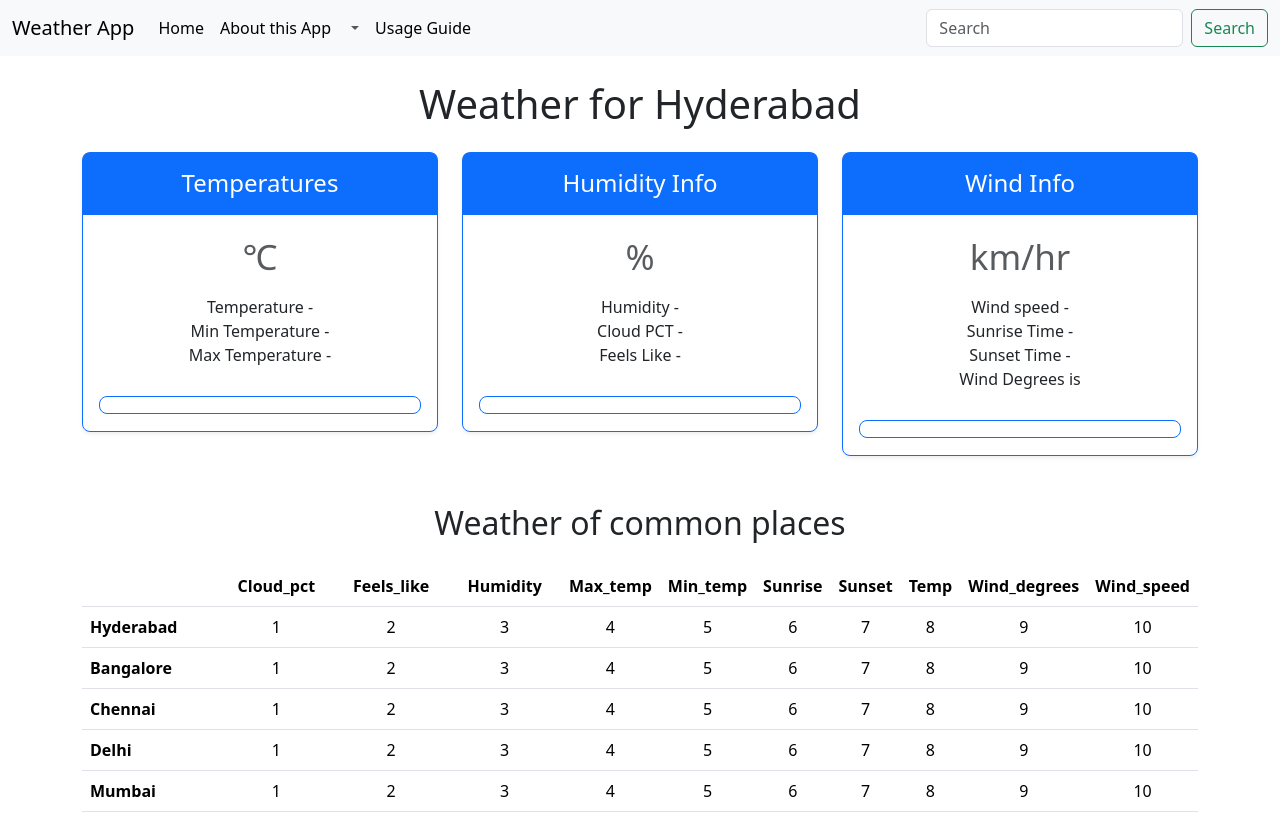
Repository: Abhilash2909/weather
Page: index.html
An editor plug-in stored every save of this project. The page is shown before and after the next save, followed by the edit.
The browser window is 1280 px wide. The pictures show the whole page.
The page's requests for data from a server got no answer.

Above is the page before, as saved 2024-02-15 15:05:40.

### index.html
<!doctype html>
<html lang="en">
  <head>
    <meta charset="utf-8">
    <meta name="viewport" content="width=device-width, initial-scale=1">
    <title>My Weather App</title>
    <link href="https://cdn.jsdelivr.net/npm/bootstrap@5.3.2/dist/css/bootstrap.min.css" rel="stylesheet" integrity="sha384-T3c6CoIi6uLrA9TneNEoa7RxnatzjcDSCmG1MXxSR1GAsXEV/Dwwykc2MPK8M2HN" crossorigin="anonymous">
  </head>
  <body>
    <nav class="navbar navbar-expand-lg bg-body-tertiary">
        <div class="container-fluid">
          <a class="navbar-brand" href="#">Weather App</a>
          <button class="navbar-toggler" type="button" data-bs-toggle="collapse" data-bs-target="#navbarSupportedContent" aria-controls="navbarSupportedContent" aria-expanded="false" aria-label="Toggle navigation">
            <span class="navbar-toggler-icon"></span>
          </button>
          <div class="collapse navbar-collapse" id="navbarSupportedContent">
            <ul class="navbar-nav me-auto mb-2 mb-lg-0">
              <li class="nav-item">
                <a class="nav-link active" aria-current="page" href="#">Home</a>
              </li>
              <li class="nav-item">
                <a class="nav-link active" aria-current="page" href="#">About this App</a>
              </li>
              <li class="nav-item dropdown">
                <a class="nav-link dropdown-toggle" href="#" role="button" data-bs-toggle="dropdown" aria-expanded="false">
                </a>
                <ul class="dropdown-menu" >
                  <li><a class="dropdown-item" href="#">Hyderabad</a></li>
                  <li><a class="dropdown-item" href="#">Bangalore</a></li>
                  <li><a class="dropdown-item" href="#">Mumbai</a></li>
                  <li><a class="dropdown-item" href="#">Chennai</a></li>
                  <li><a class="dropdown-item" href="#">Delhi</a></li>
                </ul>
              </li>
              <li class="nav-item">
                <a class="nav-link active" aria-current="page" href="#">Usage Guide</a>
              </li>
            </ul>
            <form class="d-flex" role="search">
              <input id="city" class="form-control me-2" type="search" placeholder="Search" aria-label="Search">
              <button class="btn btn-outline-success" type="submit" id="submit">Search</button>
            </form>
          </div>
        </div>
      </nav>

      <div class="container">
        <main>
          <h1 class= "my-4 text-center">Weather for <span id="cityName"></span></h1>
          <div class="row row-cols-1 row-cols-md-3 mb-3 text-center">
          <div class="col">
            <div class="card mb-4 rounded-3 shadow-sm border-primary">
              <div class="card-header py-3 text-bg-primary border-primary">
                <h4 class="my-0 fw-normal">Temperatures</h4>
              </div>
              <div class="card-body">
                <h1 class="card-title pricing-card-title"><span id="temp2"></span><small class="text-body-secondary fw-light"></span><span>&#8451;</span></small></h1>
                <ul class="list-unstyled mt-3 mb-4">
                  <li>Temperature - <span id="temp" ></span></li>
                  <li>Min Temperature - <span id="min_temp" ></span></li>
                  <li>Max Temperature - <span id="max_temp" ></span></li>
                </ul>
                <button type="button" class="w-100 btn btn-lg btn-outline-primary"></button>
              </div>
            </div>
          </div>
          <div class="col">
            <div class="card mb-4 rounded-3 shadow-sm border-primary">
              <div class="card-header py-3 text-bg-primary border-primary">
                <h4 class="my-0 fw-normal">Humidity Info</h4>
              </div>
              <div class="card-body">
                <h1 class="card-title pricing-card-title"><span id="humidity2" ></span><small class="text-body-secondary fw-light">%</small></h1>
                <ul class="list-unstyled mt-3 mb-4">
                  <li>Humidity - <span id="humidity" ></span></li>
                  <li>Cloud PCT - <span id="cloud_pct" ></span></li>
                  <li>Feels Like - <span id="feels_like" ></span></li>
                </ul>
                <button type="button" class="w-100 btn btn-lg btn-outline-primary"></button>
              </div>
            </div>
          </div>

          <div class="col">
            <div class="card mb-4 rounded-3 shadow-sm border-primary">
              <div class="card-header py-3 text-bg-primary border-primary">
                <h4 class="my-0 fw-normal">Wind Info</h4>
              </div>
              <div class="card-body">
                <h1 class="card-title pricing-card-title"><span id="wind_speed2" ></span><small class="text-body-secondary fw-light">km/hr</small></h1>
                <ul class="list-unstyled mt-3 mb-4">
                  <li>Wind speed - <span id="wind_speed" ></span></li>
                  <li>Sunrise Time - <span id="sunrise" ></span></li>
                  <li>Sunset Time - <span id="sunset" ></span></li>
                  <li>Wind Degrees is <span id="wind_degrees" ></span></li>
                </ul>
                <button type="button" class="w-100 btn btn-lg btn-outline-primary"></button>
              </div>
            </div>
          </div>
        </div>

        <h2 class="my-4 text-center">Weather of common places</h2>

        <div class="table-responsive">
          <table class="table text-center">
            <thead>
              <tr>
                <th style="width: 30%;">   </th>
                <th style="width: 22%;"> Cloud_pct </th>
                <th style="width: 22%;"> Feels_like </th>
                <th style="width: 22%;"> Humidity </th>
                <th style="width: 22%;"> Max_temp </th>
                <th style="width: 22%;"> Min_temp </th>
                <th style="width: 22%;"> Sunrise </th>
                <th style="width: 22%;"> Sunset </th>
                <th style="width: 22%;"> Temp </th>
                <th style="width: 22%;"> Wind_degrees </th>
                <th style="width: 22%;"> Wind_speed </th>
              </tr>
            </thead>
            <tbody>
              <tr>
                <th scope="row" class="text-start">Hyderabad</th>
                <td>1</td>
                <td>2</td>
                <td>3</td>
                <td>4</td>
                <td>5</td>
                <td>6</td>
                <td>7</td>
                <td>8</td>
                <td>9</td>
                <td>10</td>
              </tr>
              <tr>
                <th scope="row" class="text-start">Bangalore</th>
                <td>1</td>
                <td>2</td>
                <td>3</td>
                <td>4</td>
                <td>5</td>
                <td>6</td>
                <td>7</td>
                <td>8</td>
                <td>9</td>
                <td>10</td>
              </tr>
            </tbody>

            <tbody>
              <tr>
                <th scope="row" class="text-start">Chennai</th>
                <td>1</td>
                <td>2</td>
                <td>3</td>
                <td>4</td>
                <td>5</td>
                <td>6</td>
                <td>7</td>
                <td>8</td>
                <td>9</td>
                <td>10</td>
              </tr>
              <tr>
                <th scope="row" class="text-start">Delhi</th>
                <td>1</td>
                <td>2</td>
                <td>3</td>
                <td>4</td>
                <td>5</td>
                <td>6</td>
                <td>7</td>
                <td>8</td>
                <td>9</td>
                <td>10</td>
              </tr>
              <tr>
                <th scope="row" class="text-start">Mumbai</th>
                <td>1</td>
                <td>2</td>
                <td>3</td>
                <td>4</td>
                <td>5</td>
                <td>6</td>
                <td>7</td>
                <td>8</td>
                <td>9</td>
                <td>10</td>
              </tr>
            </tbody>
          </table>
        </div>
      </main></div>
    <script src="https://cdn.jsdelivr.net/npm/bootstrap@5.3.2/dist/js/bootstrap.bundle.min.js" integrity="sha384-C6RzsynM9kWDrMNeT87bh95OGNyZPhcTNXj1NW7RuBCsyN/o0jlpcV8Qyq46cDfL" crossorigin="anonymous"></script>
    <script src="script.js"></script>
</body>
</html>

### script.js
const options = {
    method: 'GET',
    headers: {
      'X-RapidAPI-Key': 'b45e96323fmshf5e4bc50d3b8a90p1e091djsnfb21cde4eb87',
      'X-RapidAPI-Host': 'weather-by-api-ninjas.p.rapidapi.com'
    }
  };
const getWeather = (city) => {
  cityName.innerHTML = city
  fetch('https://weather-by-api-ninjas.p.rapidapi.com/v1/weather?city=' + city, options)
    .then(response => response.json())
    .then((response) => {
      console.log(response)
      cloud_pct.innerHTML = response.cloud_pct
      temp.innerHTML = response.temp
      temp2.innerHTML = response.temp
      feels_like.innerHTML = response.feels_like
      humidity.innerHTML = response.humidity
      humidity2.innerHTML = response.humidity
      min_temp.innerHTML = response.min_temp
      max_temp.innerHTML = response.max_temp
      wind_speed.innerHTML = response.wind_speed
      wind_speed2.innerHTML = response.wind_speed
      wind_degrees.innerHTML = response.wind_degrees
      sunrise.innerHTML = response.sunrise // here timestamp is displayed
      sunset.innerHTML = response.sunset // here timestamp is displayed
    })
    .catch(error => console.error(error));
}

submit.addEventListener("click", (e)=>{
  e.preventDefault()
  getWeather(city.value)
})

getWeather("Hyderabad")

// let unix_timestamp = 1549312452;

// // Create a new JavaScript Date object based on the timestamp
// // multiplied by 1000 so that the argument is in milliseconds, not seconds
// var date = new Date(unix_timestamp * 1000);

// // Hours part from the timestamp
// var hours = date.getHours();

// // Minutes part from the timestamp
// var minutes = "0" + date.getMinutes();

// // Seconds part from the timestamp
// var seconds = "0" + date.getSeconds();

// // Will display time in 10:30:23 format
// var formattedTime = hours + ':' + minutes.substr(-2) + ':' + seconds.substr(-2);

// console.log(formattedTime);

After the next save:
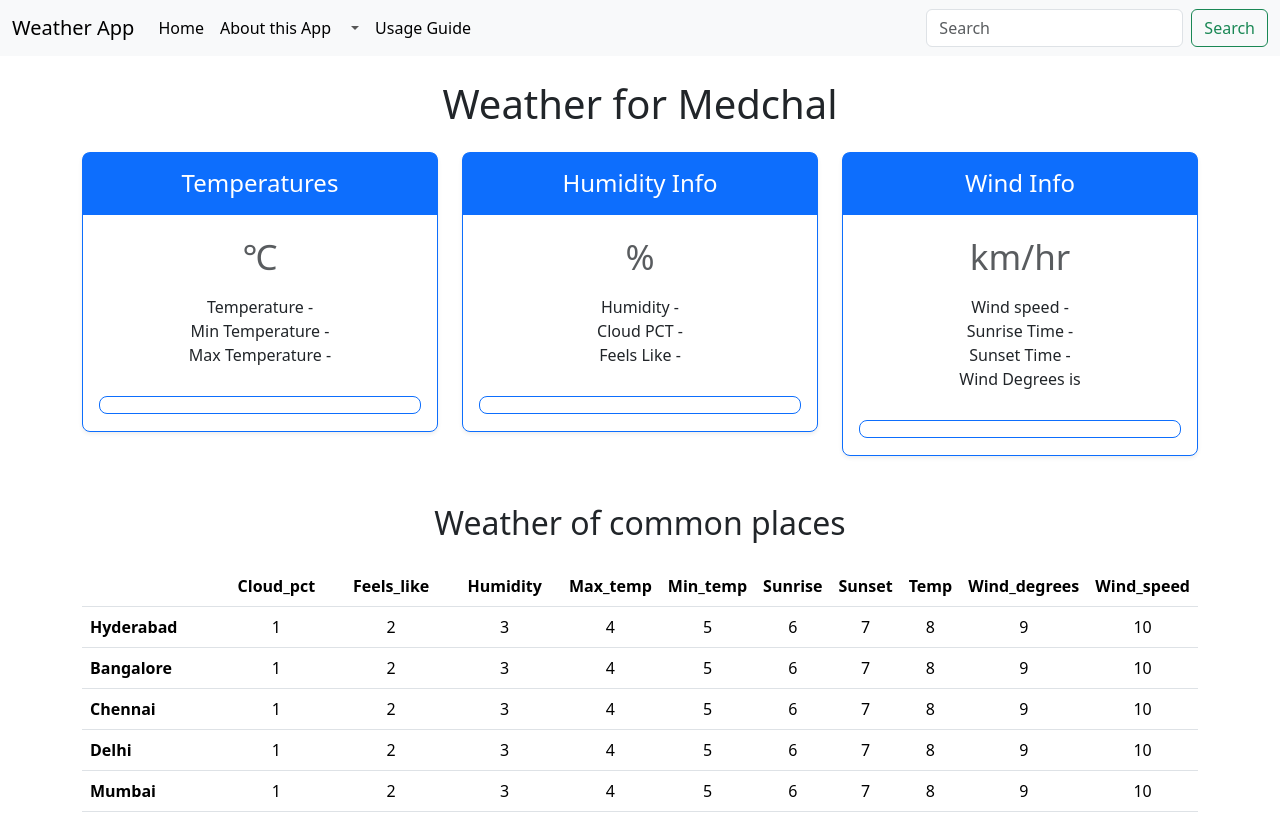
Saved 19 s later.
--- a/script.js
+++ b/script.js
@@ -33,7 +33,7 @@
   getWeather(city.value)
 })
 
-getWeather("Hyderabad")
+getWeather("Medchal")
 
 // let unix_timestamp = 1549312452;
 

After the 2 saves that followed:
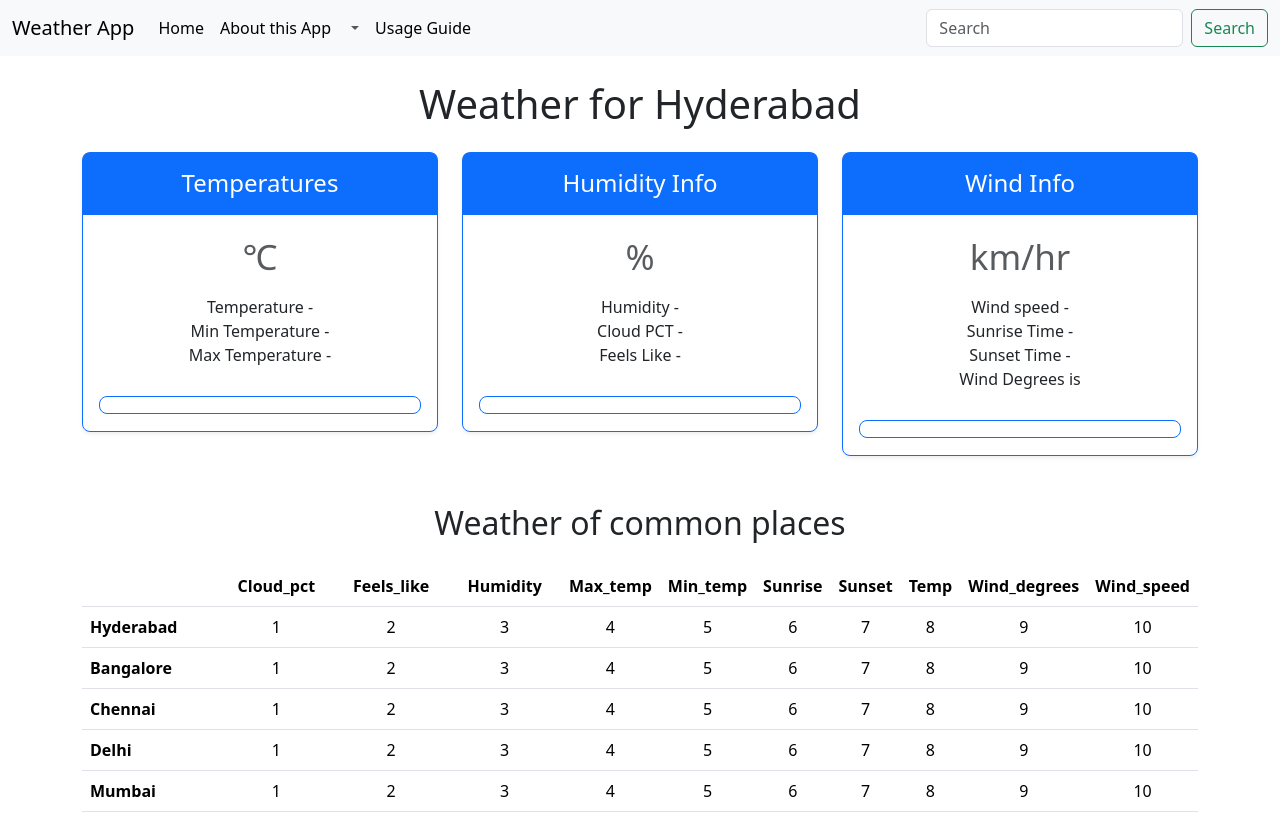
The 2 saves are shown as one change because they came seconds apart.
The last was saved 9 min 25 s later.
--- a/script.js
+++ b/script.js
@@ -33,7 +33,7 @@
   getWeather(city.value)
 })
 
-getWeather("Medchal")
+getWeather("Hyderabad");
 
 // let unix_timestamp = 1549312452;
 
